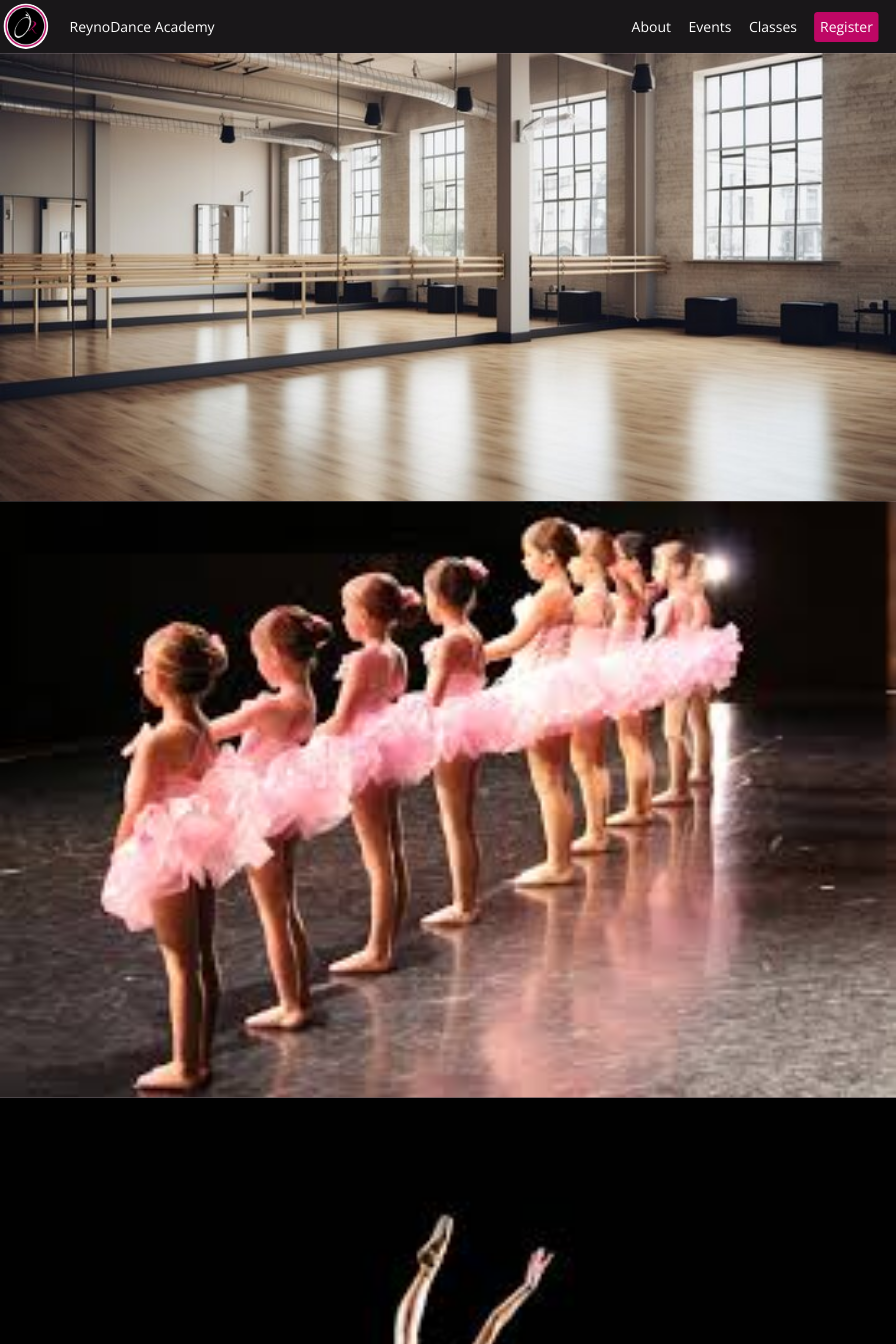
Repository: andreaelpz/reynodance-academy
Page: /
These files come from the project's save history. The page is drawn as it stood at one moment and after a run of saves; the edit follows.
The browser window is 1280 px wide. The pictures show the part of the page from y = 0 to 1920 px (the page is 2595 px tall before and 1955 px after), at 70% of full size.
The project was rebuilt for these pictures with package versions that can differ from the ones it lists, and the page was loaded fresh each time. Also part of the build but not shown: angular.json, src/app/about/about.component.ts, src/app/classes/classes.component.ts, src/app/events/events.component.ts, src/app/user/sign-in/sign-in.component.ts, src/app/dashboard/dashboard.component.ts, src/app/user/register/register.component.ts, src/app/login/login.component.ts.

Above is the page before, as saved 2024-11-19 22:15:10.

After the next 2 saves:
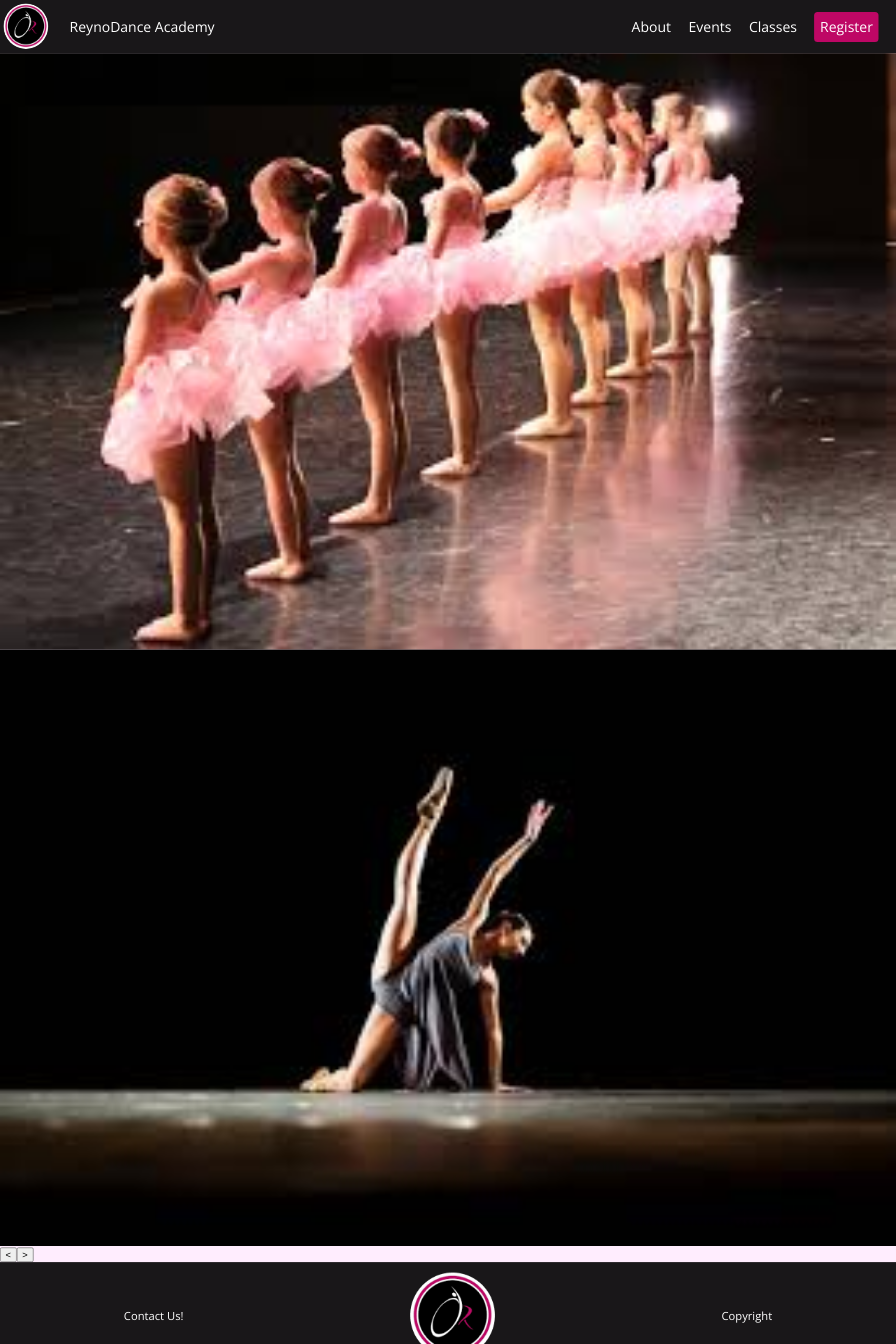
The 2 saves are shown as one change because they came seconds apart.
The last was saved 31 s later.
--- a/src/app/home/home.component.html
+++ b/src/app/home/home.component.html
@@ -1,6 +1,6 @@
 <div class = "container">
     <div class = "pictures">
-        <img class = "studio" alt = "ReynoDance Studio" src="/assets/images/studio.jpg">
+        <img class = "studio" alt = "ReynoDance Studio" src="/assets/images/studio.jpg" *ngIf()>
         <img class = "girls" alt = "Pre-Ballet Team" src="/assets/images/girls.jpg">
         <img class = "solo" alt = "Solo dance" src="/assets/images/solo.jpg">
     </div>
